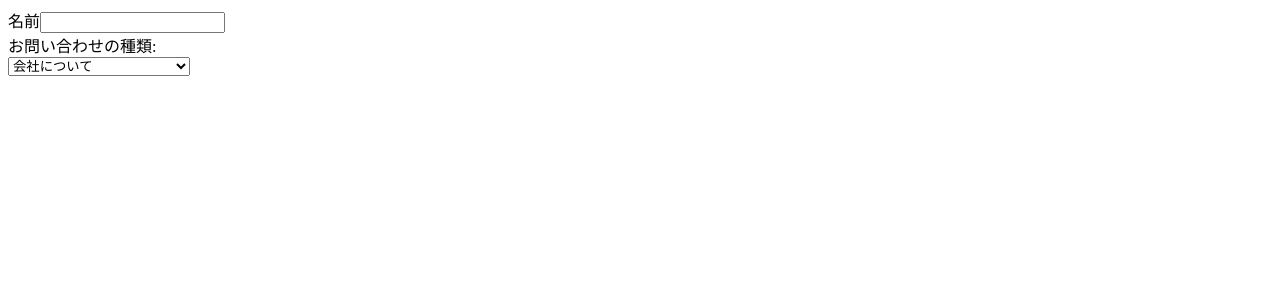
Repository: teru1236/test
Page: http://localhost/WebProj/inquiry.jsp
An editor plug-in stored every save of this project. The page is shown before and after the next save, followed by the edit.
The browser window is 1280 px wide. The pictures show the whole page.
The page is served by Tomcat 9. Other server files are loaded and not shown.

Above is the page before, as saved 2018-02-28 04:47:20.

### WebProj/WebContent/inquiry.jsp
<%@ page language="java" contentType="text/html; charset=UTF-8"
    pageEncoding="UTF-8"%>
<!DOCTYPE html>
<html>
<head>
<meta charset="UTF-8">
<title>お問い合わせフォーム</title>
</head>
<body>
	<s:form method="post" action="InquiryCompleteAction">
		名前<input type="text" name="name"/><br>
		お問い合わせの種類:<br>
		<select name="qtype">
			<option value="company">会社について</option>
			<option value="product">製品について</option>
			<option value="support">アフターサポートについて</option>
	</s:form>
</body>
</html>

After the next save:
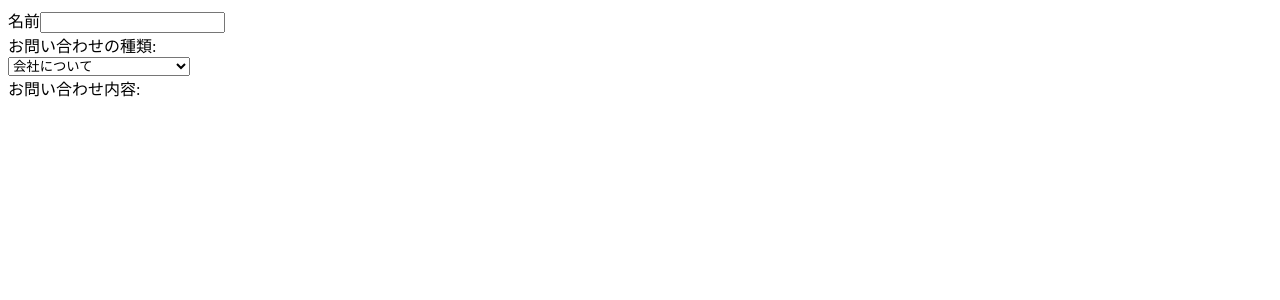
Saved 80 s later.
--- a/WebProj/WebContent/inquiry.jsp
+++ b/WebProj/WebContent/inquiry.jsp
@@ -14,6 +14,11 @@
 			<option value="company">会社について</option>
 			<option value="product">製品について</option>
 			<option value="support">アフターサポートについて</option>
+		</select>
+		<br>
+		お問い合わせ内容:
+		<s:textarea name="body"/>
+		<br><s:submit value="登録">
 	</s:form>
 </body>
 </html>
